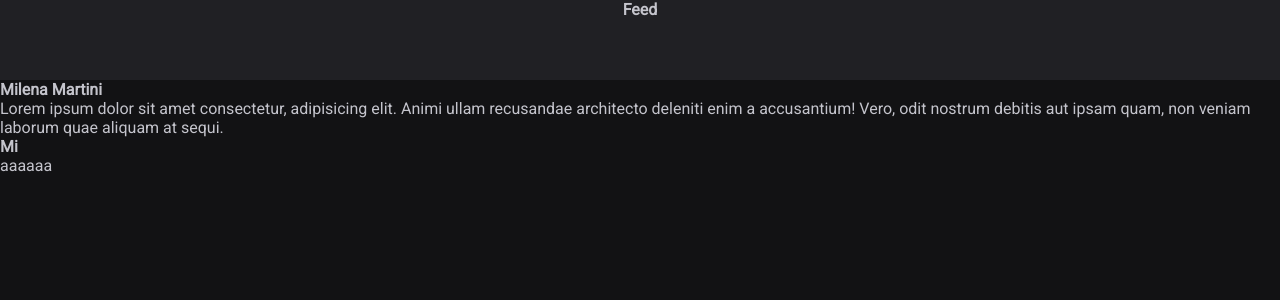
Repository: MilenaMartini/IgniteRckReactJs
Page: /
These files come from the project's save history. The page is drawn as it stood at one moment and after a run of saves; the edit follows.
The browser window is 1280 px wide. The pictures show the whole page.
The project was rebuilt for these pictures with package versions that can differ from the ones it lists, and the page was loaded fresh each time. Also part of the build but not shown: vite.config.js.

Above is the page before, as saved 2023-04-14 16:04:43.

After the next 2 saves:
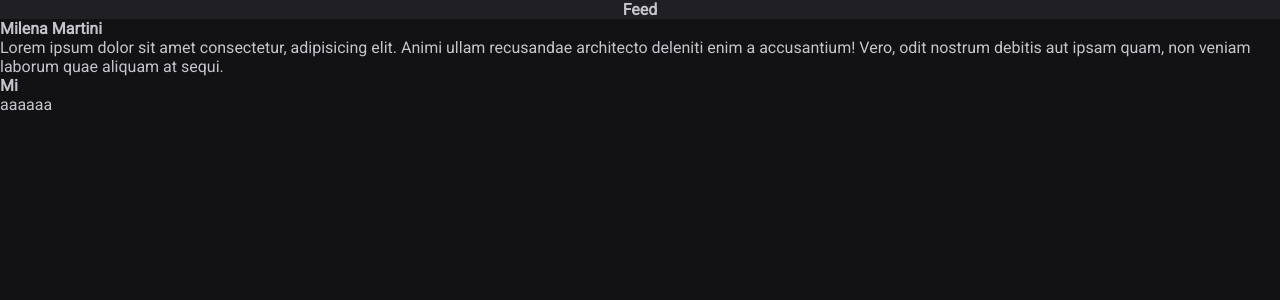
The 2 saves are shown as one change because they came seconds apart.
The last was saved 21 s later.
--- a/src/components/Header.module.css
+++ b/src/components/Header.module.css
@@ -2,5 +2,5 @@
     background: var(--gray-800);
     display: flex;
     justify-content: center;
-    height: 80px;
+
 }
